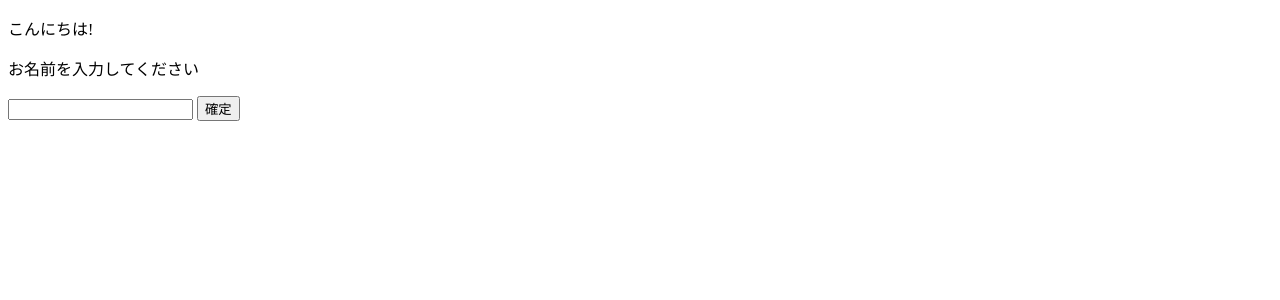
Repository: yukisu18/test
Page: http://localhost/HelloJSP2/
The author's editor kept a copy of each file at every save. The page is drawn from the files as they stood at one save, then again after the next save.
The browser window is 1280 px wide. The pictures show the whole page.
The page is served by Tomcat 9.

Above is the page before, as saved 2018-12-19 09:48:04.

After the next save:
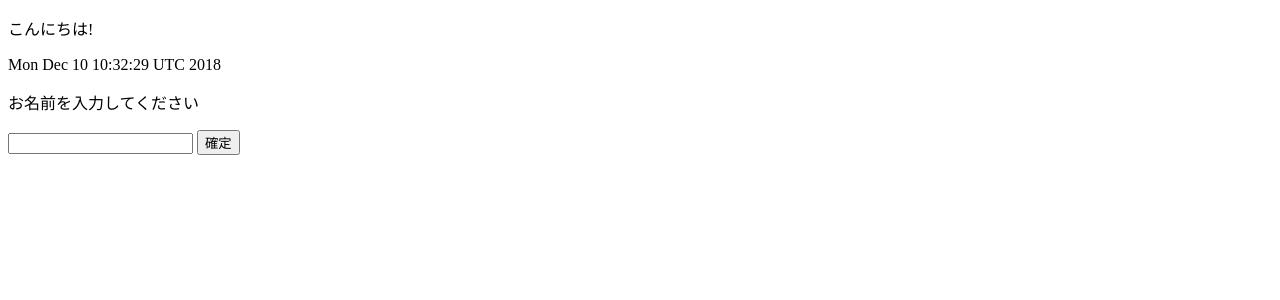
Saved 101 s later.
--- a/HelloJSP2/WebContent/index.jsp
+++ b/HelloJSP2/WebContent/index.jsp
@@ -8,6 +8,7 @@
 </head>
 <body>
 <p>こんにちは!</p>
+<% out.println(new java.util.Date()); %>
 	<p>お名前を入力してください</p>
 	<form method="post" action="greeting-out.jsp">
 		<input type="text" name="user"> <input type="submit"
